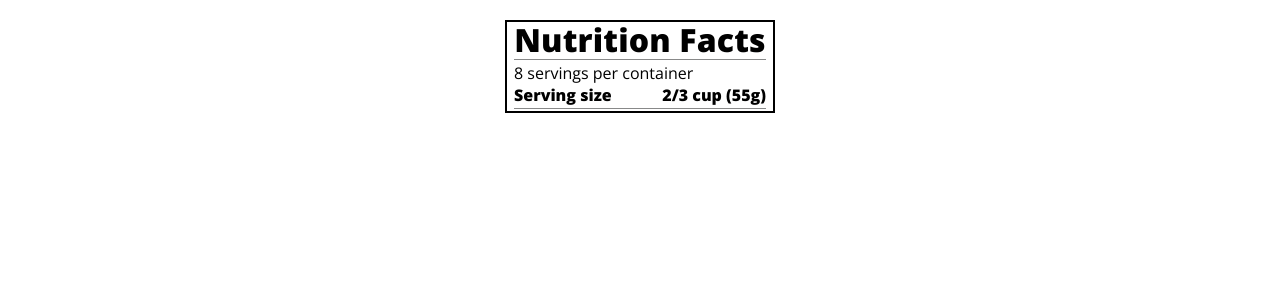
Repository: AimenDje/NutritionLabel
Page: index.html
The author's editor kept a copy of each file at every save. The page is drawn from the files as they stood at one save, then again after the next save.
The browser window is 1280 px wide. The pictures show the whole page.

Above is the page before, as saved 2025-08-30 22:14:54.

### index.html
<!DOCTYPE html>
<html lang="en">

<head>
  <meta charset="UTF-8">
  <title>Nutrition Label</title>
  <link rel="stylesheet" href="https://fonts.googleapis.com/css?family=Open+Sans:400,700,800">
  <link rel="stylesheet" href="styles.css">

</head>

<body>
  <div class="label">
    <header>
      <h1 class="bold">Nutrition Facts</h1>
      <div class="divider"></div>
      <p>8 servings per container</p>
      <p class="bold">Serving size <span>2/3 cup (55g)</span></p>
    </header>
    <div class="divider large">
  </div>
  </div>
  </div>
</body>
</html>

### styles.css
*{
  box-sizing: border-box;
}

body{
  font-family:"Open Sans", sans-serif;
}

html{
  font-size:16px;
}

.label {
  border: 2px solid black;
  width: 270px;
  margin: 20px auto;
  padding : 0 7px;
}

header h1 {
  text-align: center;
  margin : -4px 0;
  letter-spacing : 0.15px;
}

p{
  margin : 0;
  display:flex;
  justify-content: space-between;
}

.divider{
  border-bottom: 1px solid #888989;
  margin : 2px 0;
}

.bold{
  font-weight: 800;
}

After the next save:
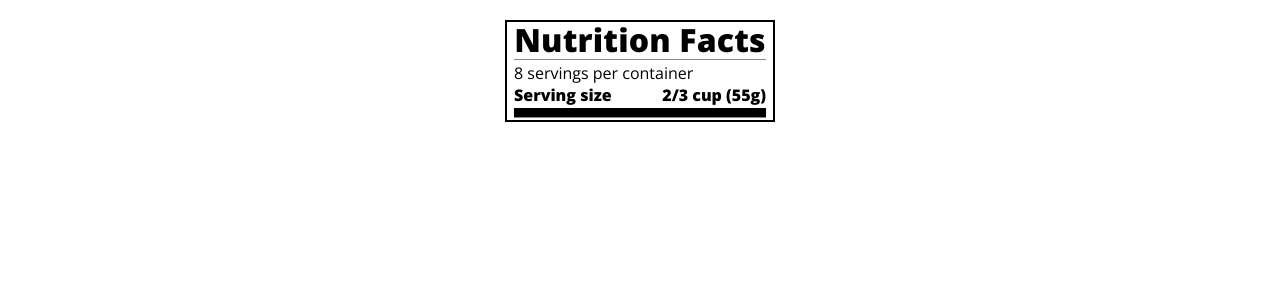
Saved 60 s later.
--- a/styles.css
+++ b/styles.css
@@ -37,3 +37,12 @@ p{
 .bold{
   font-weight: 800;
 }
+
+.large{
+  height:10px;
+
+}
+.large, .medium{
+  background-color:black;
+
+}
